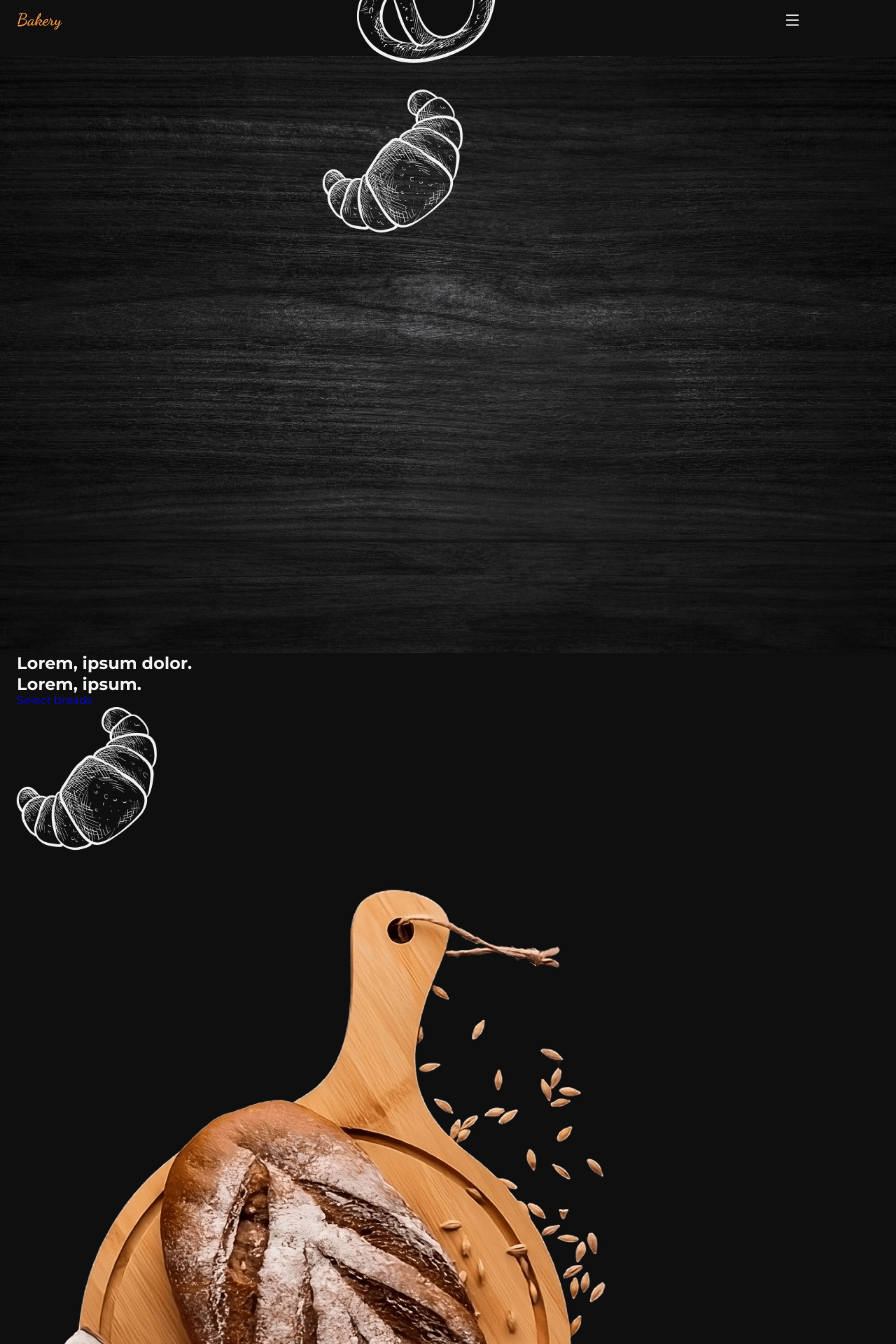
Repository: dinhhaidh/Bakery-web
Page: index.html
These files come from the project's save history. The page is drawn as it stood at one moment and after the next save; the edit follows.
The browser window is 1280 px wide. The pictures show the part of the page from y = 0 to 1920 px (the page is 2846 px tall before and 2870 px after), at 70% of full size.
Some web libraries are served in a nearby version.

Above is the page before, as saved 2024-01-15 21:11:39.

### index.html
<!DOCTYPE html>
<html lang="en">
  <head>
    <meta charset="UTF-8" />
    <meta name="viewport" content="width=device-width, initial-scale=1.0" />

    <!--=============== FAVICON ===============-->
    <link rel="shortcut icon" href="assets/img/favicon.png" type="image/x-icon"/>
    <!--=============== REMIXICONS ===============-->
    <link rel="stylesheet"  href="https://cdnjs.cloudflare.com/ajax/libs/remixicon/3.7.0/remixicon.css"/>
    <!--=============== CSS ===============-->
    <link rel="stylesheet" href="./css/style.css"/>

    <title>Responsive bakery website - Bedimcode</title>
  </head>
  <body>
    <!--==================== HEADER ====================-->
    <header class="header" id="header">
        <nav class="nav container">
            <a href="#" class="nav__logo">Bakery</a>
            <div class="nav__menu" id="nav-menu">
                <ul class="nav__list">
                    <li class="nav__item">
                        <a href="#home" class="nav__link">Home</a>
                    </li>
                    <li class="nav__item">
                        <a href="#new" class="nav__link">News</a>
                    </li>
                    <li class="nav__item">
                        <a href="#about" class="nav__link">About Us</a>
                    </li>
                    <li class="nav__item">
                        <a href="#favorite" class="nav__link">Favorites</a>
                    </li>
                    <li class="nav__item">
                        <a href="#visit" class="nav__link">Location</a>
                    </li>
                </ul>
                <div class="nav__close" id="nav-close">
                    <i class="ri-close-line"></i>
                </div>

                <img src="./img/bread-4.png" alt="image" class="nav__img-1">
                <img src="./img/bread-1.png" alt="image" class="nav__img-2">
            </div>

            <!-- toggle button -->
            <div class="nav__toggle" id="nav-toggle">
                <i class="ri-menu-line"></i>
            </div>
        </nav>
    </header>

    <!--==================== MAIN ====================-->
    <main class="main">
      <!--==================== HOME ====================-->
      <section class="home section" id="home">
        <img src="./img/home-bg.jpg" alt="image" class="home__bg">
        <div class="home__shadow"></div>
        <div class="home__container container grid">
            <div class="home__data">
                <h1 class="home-title">
                    Lorem, ipsum dolor. <br> Lorem, ipsum.
                </h1>
                <a href="#" class="button">Select breads</a>

                <img src="./img/bread-1.png" alt="image" class="home__bread">
            </div>
            <div class="home__image">
                <img src="./img/home-bread.png" alt="image" class="home__img">
            </div>
            <footer class="home__footer">
                <div class="home__location">
                    <i class="ri-map-pin-line"></i>
                    <span>Av. The Sun #321 <br> Lima Peru</span>
                </div>
                <div class="home__social">
                    <a href="https://www.facebook.com/" target="_blank">

                        <i class="ri-facebook-circle-line"></i>
                    </a>
                    <a href="https://www.instagram.com/
                    " target="_blank">
                        <i class="ri-instagram-line"></i>
                    </a>
                    <a href="https://www.youtube.com/" target="_blank">
                        <i class="ri-youtube-line"></i>
                    </a>
                </div>
            </footer>
        </div>
      </section>

      <!--==================== NEWS ====================-->
      <section class="new section" id="new"></section>

      <!--==================== ABOUT ====================-->
      <section class="about section" id="about"></section>

      <!--==================== FAVORITES ====================-->
      <section class="favorite section" id="favorite"></section>

      <!--==================== VISIT ====================-->
      <section class="visit section" id="visit"></section>
    </main>

    <!--==================== FOOTER ====================-->
    <footer class="footer"></footer>

    <!--========== SCROLL UP ==========-->

    <!--=============== SCROLLREVEAL ===============-->
    <script src="./js/scrollreveal.min.js"></script>
    <script src="https://code.jquery.com/jquery-3.7.1.min.js" integrity="sha256-/JqT3SQfawRcv/BIHPThkBvs0OEvtFFmqPF/lYI/Cxo=" crossorigin="anonymous"></script>

    <!--=============== MAIN JS ===============-->
    <script src="./js/main.js"></script>
  </body>
</html>

### css/style.css
/*=============== GOOGLE FONTS ===============*/
@import url("https://fonts.googleapis.com/css2?family=Dancing+Script:wght@700&family=Montserrat:wght@400;600;700&display=swap");

/*=============== VARIABLES CSS ===============*/
:root {
    --header-height: 3.5rem;

    /*========== Colors ==========*/
    /*Color mode HSL(hue, saturation, lightness)*/
    --first-color: hsl(28, 88%, 62%);
    --first-color-alt: hsl(28, 84%, 58%);
    --title-color: hsl(0, 0%, 95%);
    --text-color: hsl(0, 0%, 75%);
    --text-color-light: hsl(0, 0%, 65%);
    --black-color: hsl(0, 0%, 6%);
    --body-color: hsl(0, 0%, 6%);
    --container-color: hsl(0, 0%, 10%);

    /*========== Font and typography ==========*/
    /*.5rem = 8px | 1rem = 16px ...*/
    --body-font: "Montserrat", sans-serif;
    --second-font: "Dancing Script", cursive;
    --biggest-font-size: 3rem;
    --bigger-font-size: 2rem;
    --h1-font-size: 1.5rem;
    --h2-font-size: 1.25rem;
    --h3-font-size: 1rem;
    --normal-font-size: .938rem;
    --small-font-size: .813rem;

    /*========== Font weight ==========*/
    --font-regular: 400;
    --font-semi-bold: 600;
    --font-bold: 700;

    /*========== z index ==========*/
    --z-tooltip: 10;
    --z-fixed: 100;
}

/*========== Responsive typography ==========*/
@media screen and (min-width: 1150px) {
    :root {
        --biggest-font-size: 5rem;
        --bigger-font-size: 3rem;
        --h1-font-size: 2.25rem;
        --h2-font-size: 1.5rem;
        --h3-font-size: 1.25rem;
        --normal-font-size: 1rem;
        --small-font-size: .875rem;
    }
}

/*=============== BASE ===============*/
* {
    box-sizing: border-box;
    padding: 0;
    margin: 0;
}

html {
    scroll-behavior: smooth;
}

body,
button {
    font-family: var(--body-font);
    font-size: var(--normal-font-size);
}

body {
    background-color: var(--body-color);
    color: var(--text-color);
}

button {
    border: none;
    outline: none;
}

h1,
h2,
h3,
h4 {
    color: var(--title-color);
    font-weight: var(--font-bold);
}

ul {
    list-style: none;
}

a {
    text-decoration: none;
}

img {
    display: block;
    max-width: 100%;
    height: auto;
}

/*=============== REUSABLE CSS CLASSES ===============*/
.container {
    max-width: 1120px;
    margin-inline: 1.5rem;
}

.grid {
    display: grid;
    gap: 1.5rem;
}

.section {
    padding-block: 5rem 1rem;
}

.section__title {
    font-size: var(--bigger-font-size);
    font-family: var(--second-font);
    margin-bottom: 1.5rem;
    text-align: center;
}

.main {
    overflow: hidden;
    /* For animation ScrollReveal */
}

/*=============== HEADER & NAV ===============*/
.header{
    position: fixed;
    width: 100%;
    top: 0;
    left: 0;
    background-color: transparent;
    z-index: var(--z-fixed);
}
.nav{
    position: relative;
    height: var(--header-height);
    display: flex;
    justify-content: space-between;
    align-items: center;
}
.nav__logo{
    color: var(--first-color);
    font-size: var(--h2-font-size);
    font-family: var(--second-font);
    transition: color .4s;
}
.nav__logo:hover{
    color: var(--first-color-alt);
}
.nav__close,
.nav__toggle{
    font-size: 1.5rem;
    color: var(--title-color);
    cursor: pointer;
}

/* Navigation for mobile devices */
/* responsive */
@media screen and (max-width: 1150px) {
    .nav__menu{
        position: fixed;
        top: 0;
        right: -100%;
        background-color: hsla(0,0%,6%, .2);
        backdrop-filter: blur(16px);
        -webkit-backdrop-filter: blur(16px);
        width: 80%;
        height: 100%;
        padding: 6rem 3rem 0;
        transition: right .4s;
    }
    .nav__list{
        display: flex;
        flex-direction: column;
        row-gap: 2.5rem;
    }
    .nav__link{
        color: var(--title-color);
        font-weight: var(--font-semi-bold);
        transition: color .4s;
    }
    .nav__link:hover{
        color: var(--first-color);
    }
    .nav__close,
    .nav__img-1,
    .nav__img-2{
        position: absolute;
    }
    .nav__close{
        top: 1rem;
        right: 1.5rem;
    }
    .nav__img-1{
        width: 80px;
        top: 11rem;
        right: 0.75rem;
    }
    .nav__img-2{
        width: 60px;
        top: 28rem;
        left: 6rem;
    }
}

/* Show menu */
.show-menu{
    right: 0;
}

/* Add blur header */


/* Active link */


/*=============== HOME ===============*/
.home{
    position: relative;
    pt
}

/*=============== BUTTON ===============*/


/*=============== NEW ===============*/


/*=============== ABOUT ===============*/


/*=============== FAVORITES ===============*/


/*=============== VISIT ===============*/


/*=============== FOOTER ===============*/


/*=============== SCROLL BAR ===============*/


/*=============== SCROLL UP ===============*/


/* Show Scroll Up */


/*=============== BREAKPOINTS ===============*/
/* For small devices */


/* For medium devices */


/* For large devices */

Loaded but not shown: js/scrollreveal.min.js (library); js/main.js (no copy from this time; the picture is the same without it)

After the next save:
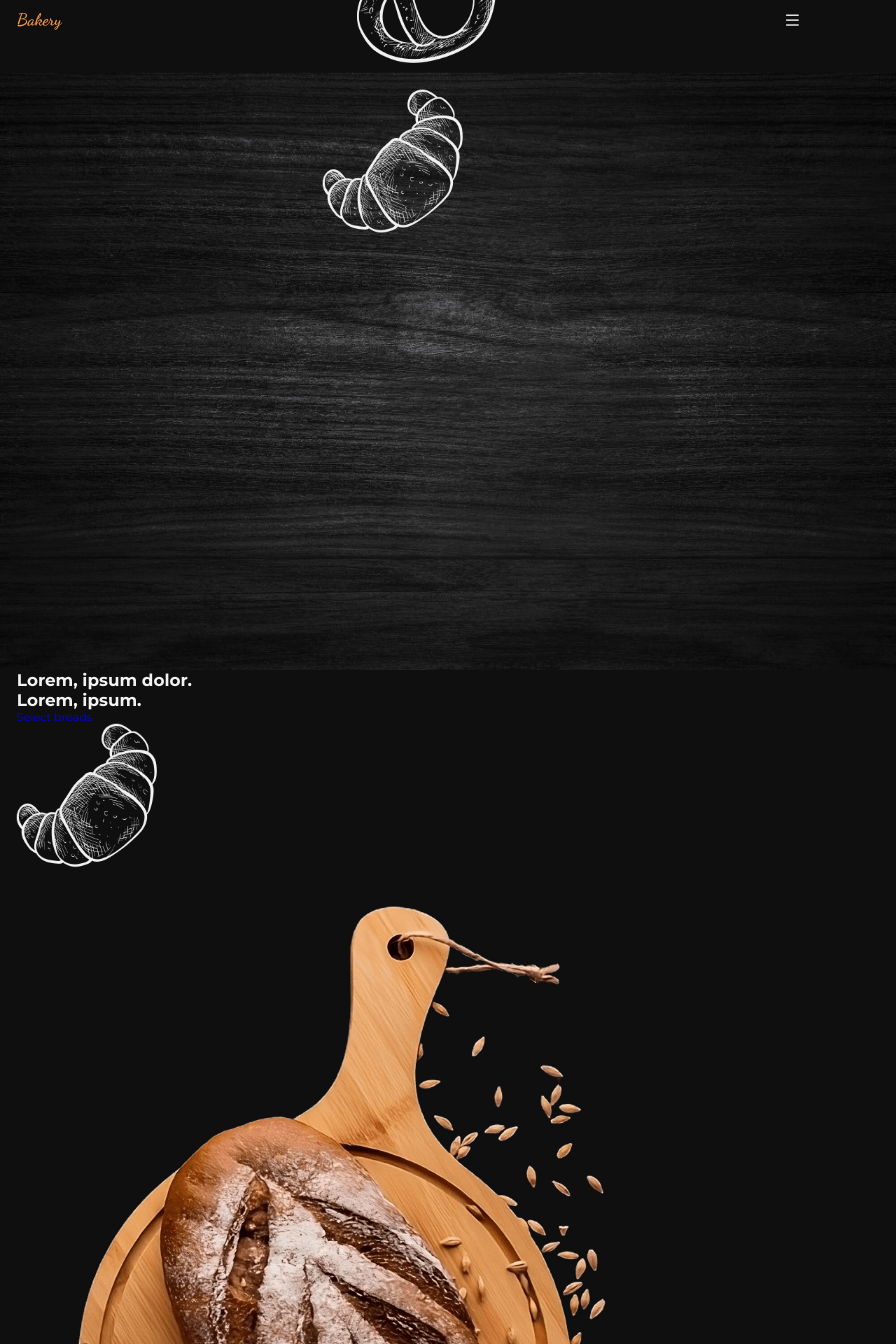
Saved 4 s later.
--- a/css/style.css
+++ b/css/style.css
@@ -222,7 +222,7 @@ img {
 /*=============== HOME ===============*/
 .home{
     position: relative;
-    pt
+    padding-top: 6.5rem;
 }
 
 /*=============== BUTTON ===============*/
